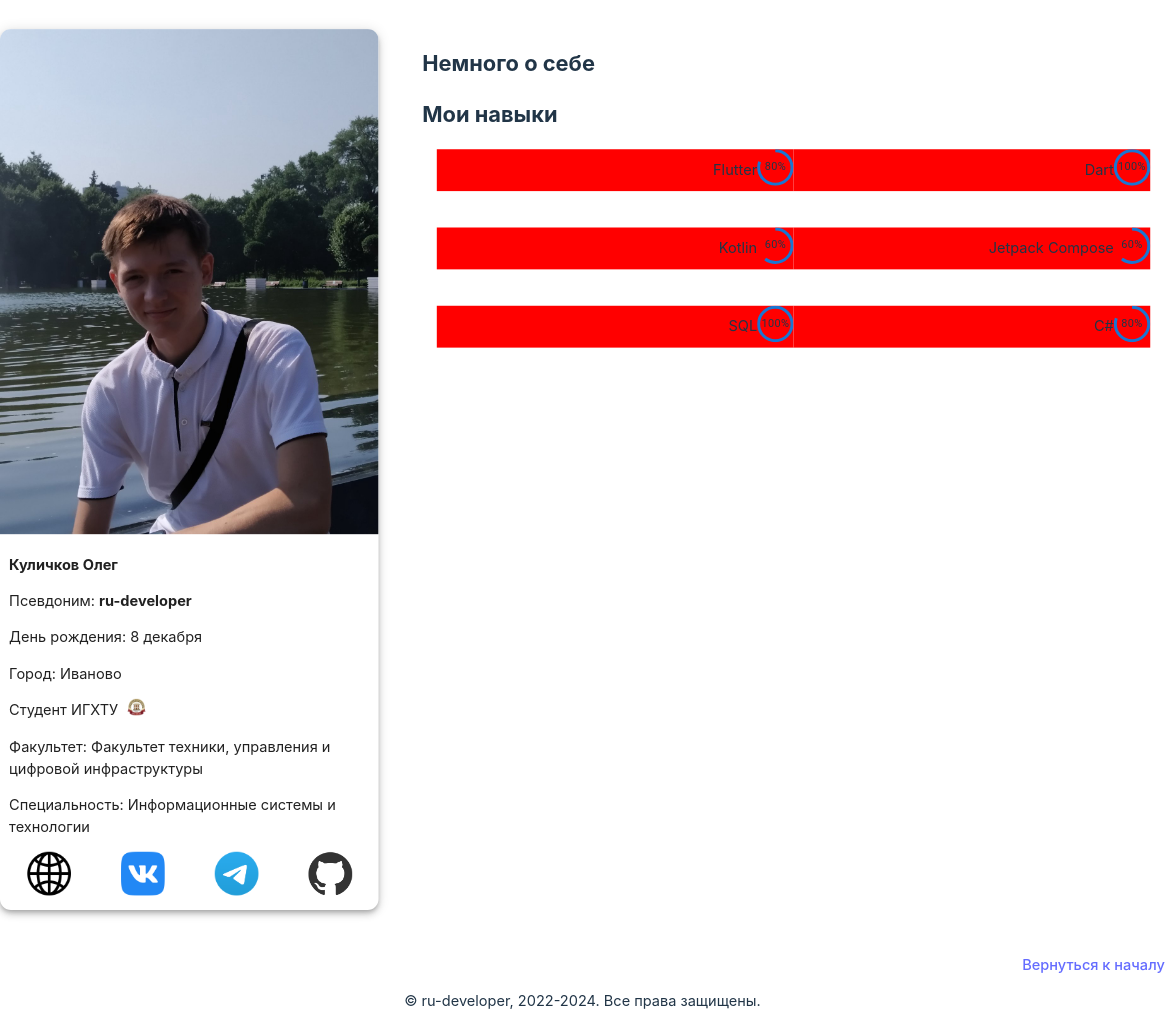
Repository: HubOl01/my_profile
Page: /
These files come from the project's save history. The page is drawn as it stood at one moment and after a run of saves; the edit follows.
The browser window is 1280 px wide. The pictures show the whole page, at 91% of full size.
The project was rebuilt for these pictures with package versions that can differ from the ones it lists, and the page was loaded fresh each time. Also part of the build but not shown: vite.config.ts, src/components/header/Header.module.scss, src/data/websites.ts.

Above is the page before, as saved 2024-03-09 11:00:14.

After the next 2 saves:
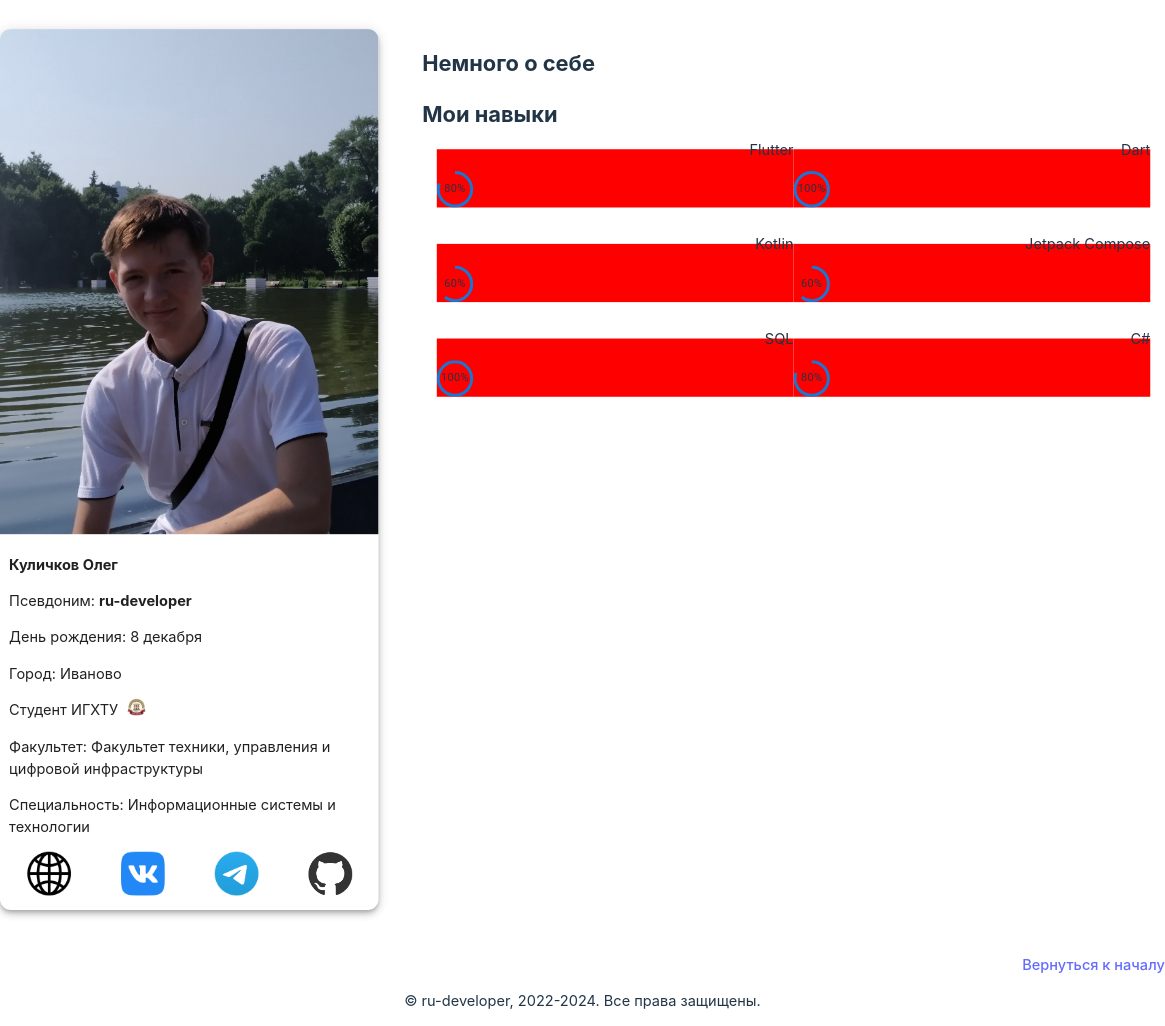
The 2 saves are shown as one change because they came seconds apart.
The last was saved 10 s later.
--- a/src/components/center/Common.tsx
+++ b/src/components/center/Common.tsx
@@ -32,7 +32,7 @@
 
                 </div>
                 <div style={{
-                  display: "inline-block",
+                  display: "flex",
                   "textAlign": "right",
                 }}>
                   <CircularProgressWithLabel value={skill.progress * 100} />

After the save that followed:
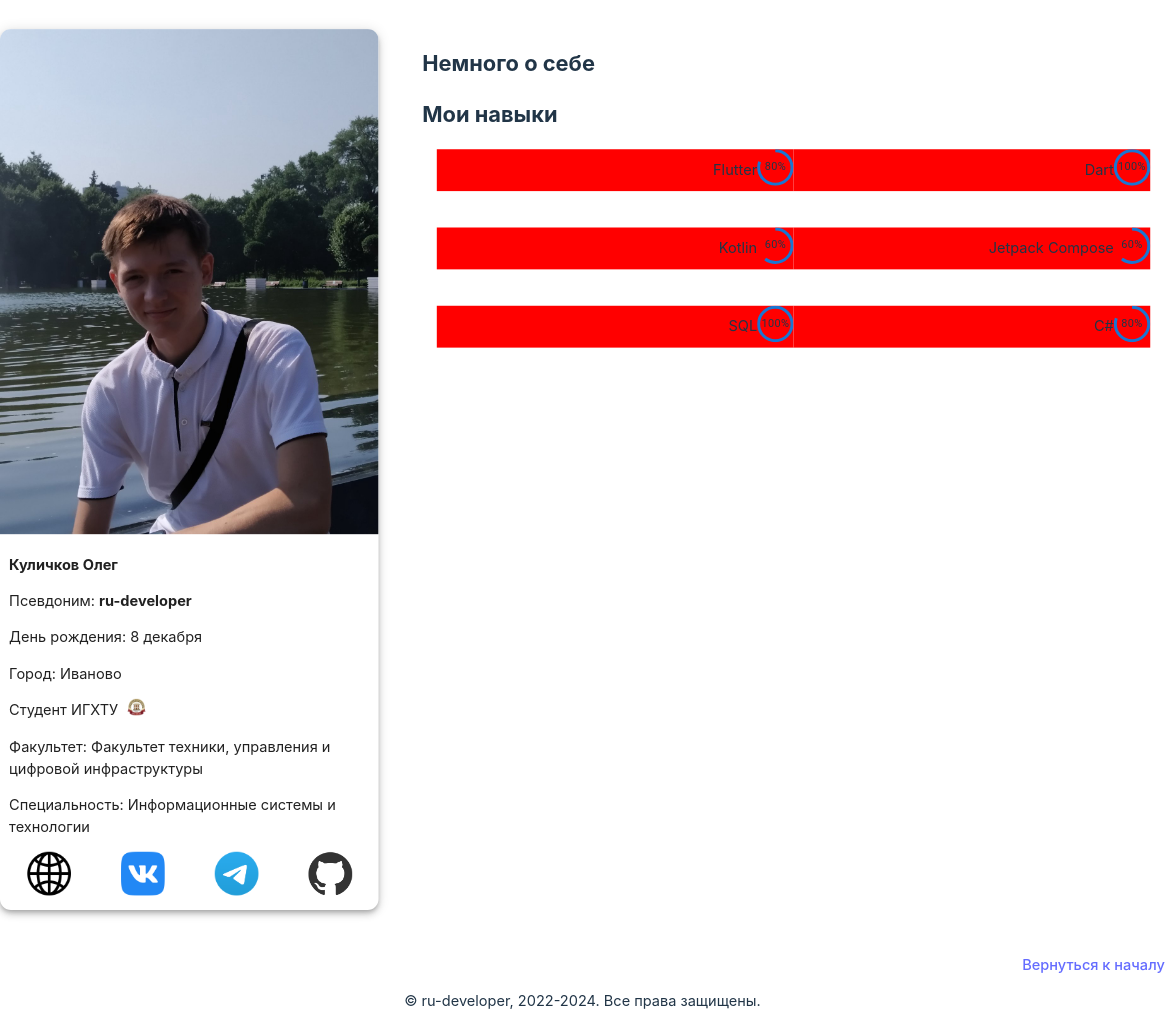
Saved 8 s later.
--- a/src/components/center/Common.tsx
+++ b/src/components/center/Common.tsx
@@ -32,7 +32,7 @@
 
                 </div>
                 <div style={{
-                  display: "flex",
+                  display: "inline-block",
                   "textAlign": "right",
                 }}>
                   <CircularProgressWithLabel value={skill.progress * 100} />
